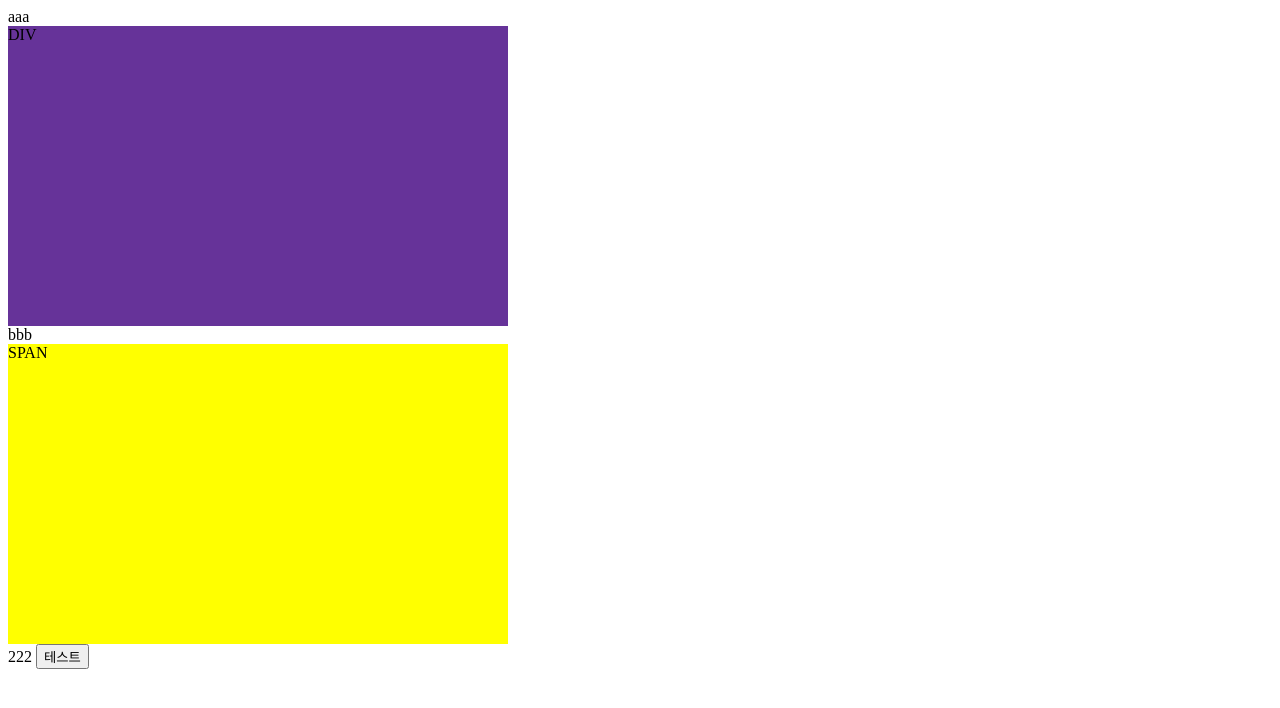
Repository: rightsecond3/java52
Page: workspace_script/dev_html/WebContent/html_day2/innerHTMLTest.html
The author's editor kept a copy of each file at every save. The page is drawn from the files as they stood at one save, then again after the next save.
The browser window is 1280 px wide. The pictures show the whole page.

Above is the page before, as saved 2019-06-10 01:44:26.

After the next save:
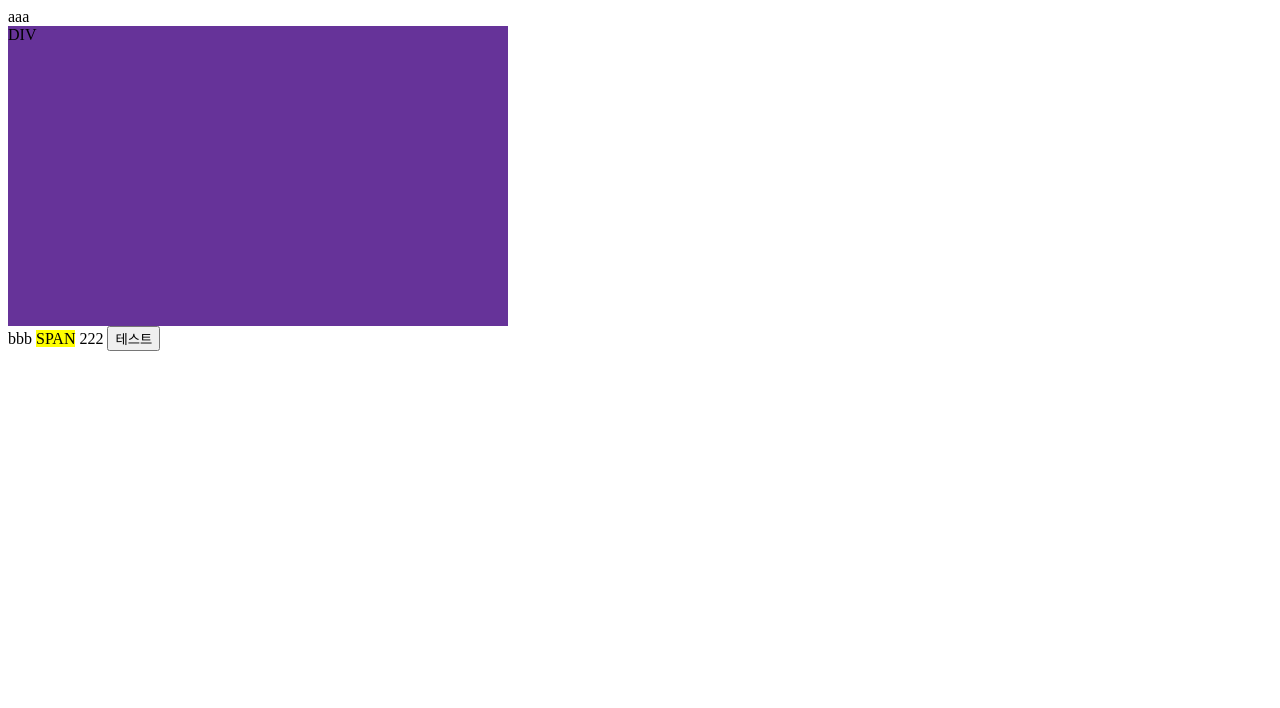
Saved 2 min 7 s later.
--- a/workspace_script/dev_html/WebContent/html_day2/innerHTMLTest.html
+++ b/workspace_script/dev_html/WebContent/html_day2/innerHTMLTest.html
@@ -16,8 +16,8 @@ div {
     background-color :rebeccapurple;
 }
 span {
-    display :block;
-    width: 500px;
+    display : inline;
+    width: 100px;
     height: 300px;
     background-color: yellow;
 }
